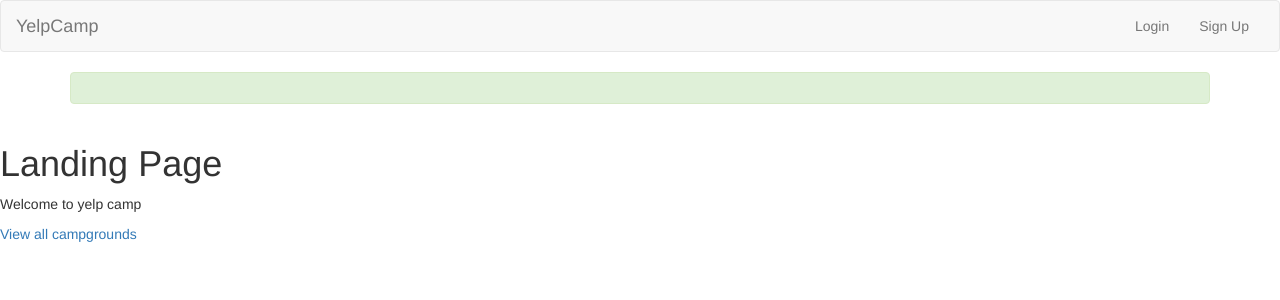
Repository: demioke/web-development-bootcamp
Page: http://localhost/
The author's editor kept a record of every edit. The page is drawn from the files as they stood at one moment, then again after a run of edits.
The browser window is 1280 px wide. The pictures show the whole page.
The page is served by the project's Node server (YelpCamp/v11/app.js).

Above is the page before.

After the next 2 edits:
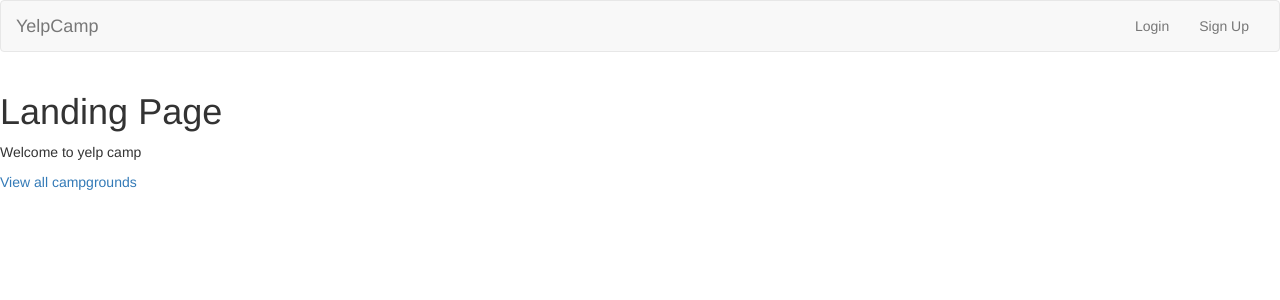
The 2 edits are shown as one change because 1 did not build or start.
The edit:
--- a/YelpCamp/v11/views/partials/header.ejs
+++ b/YelpCamp/v11/views/partials/header.ejs
@@ -32,7 +32,9 @@
                 <%= error %>
             </div>
         <% } %>
-        <div class="alert alert-success" role="alert">
-            <%= success %>
-        </div>
+        <% if(success && success.length > 0) { %> <!--if success exists and has a message in it-->
+            <div class="alert alert-success" role="alert">
+                <%= success %>
+            </div>
+        <% } %>
     </div>
